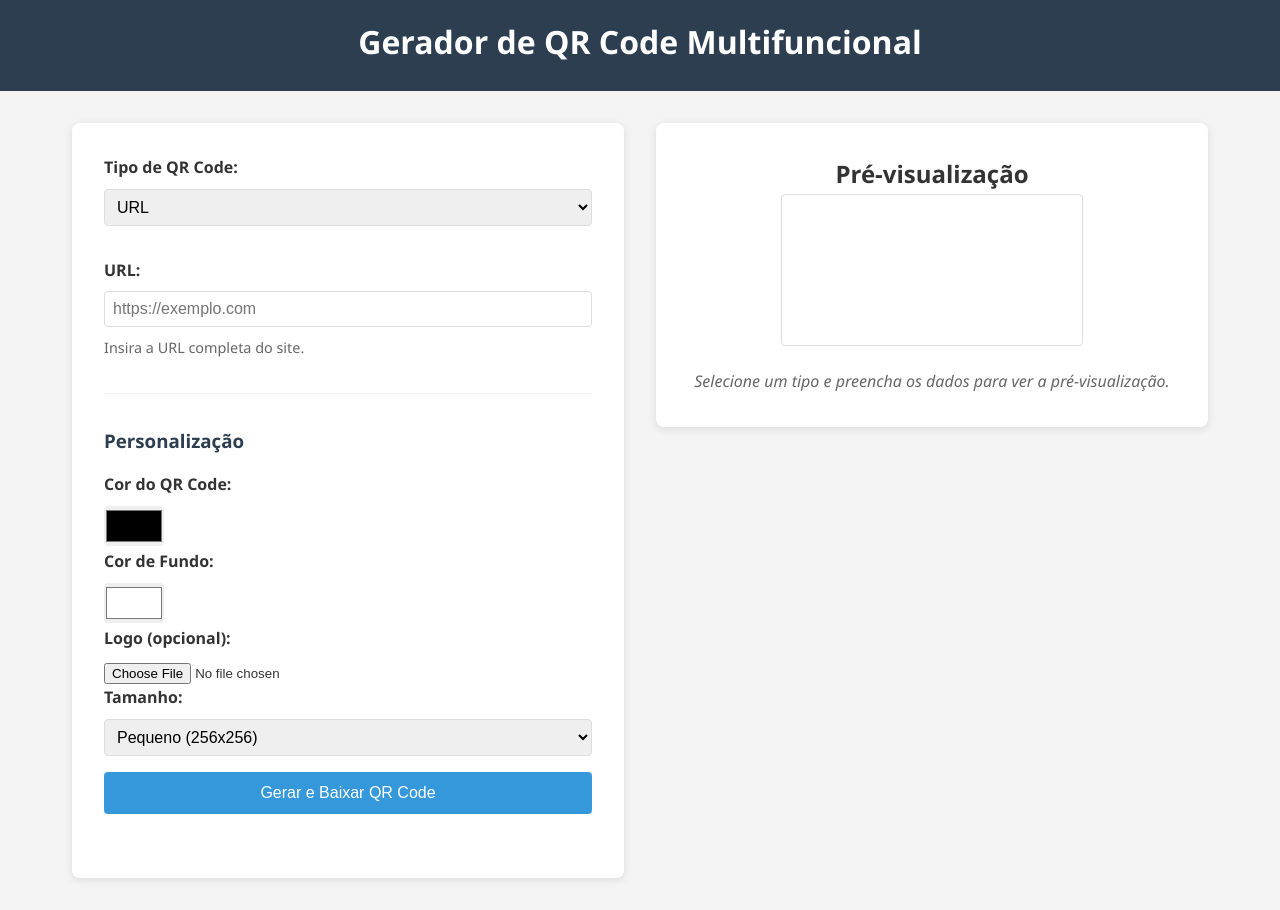
Repository: davyjales/qr-generator-site
Page: public/index.html
The author's editor kept a copy of each file at every save. The page is drawn from the files as they stood at one save, then again after the next save.
The browser window is 1280 px wide. The pictures show the whole page.

Above is the page before, as saved 2025-10-22 21:12:43.

After the next save:
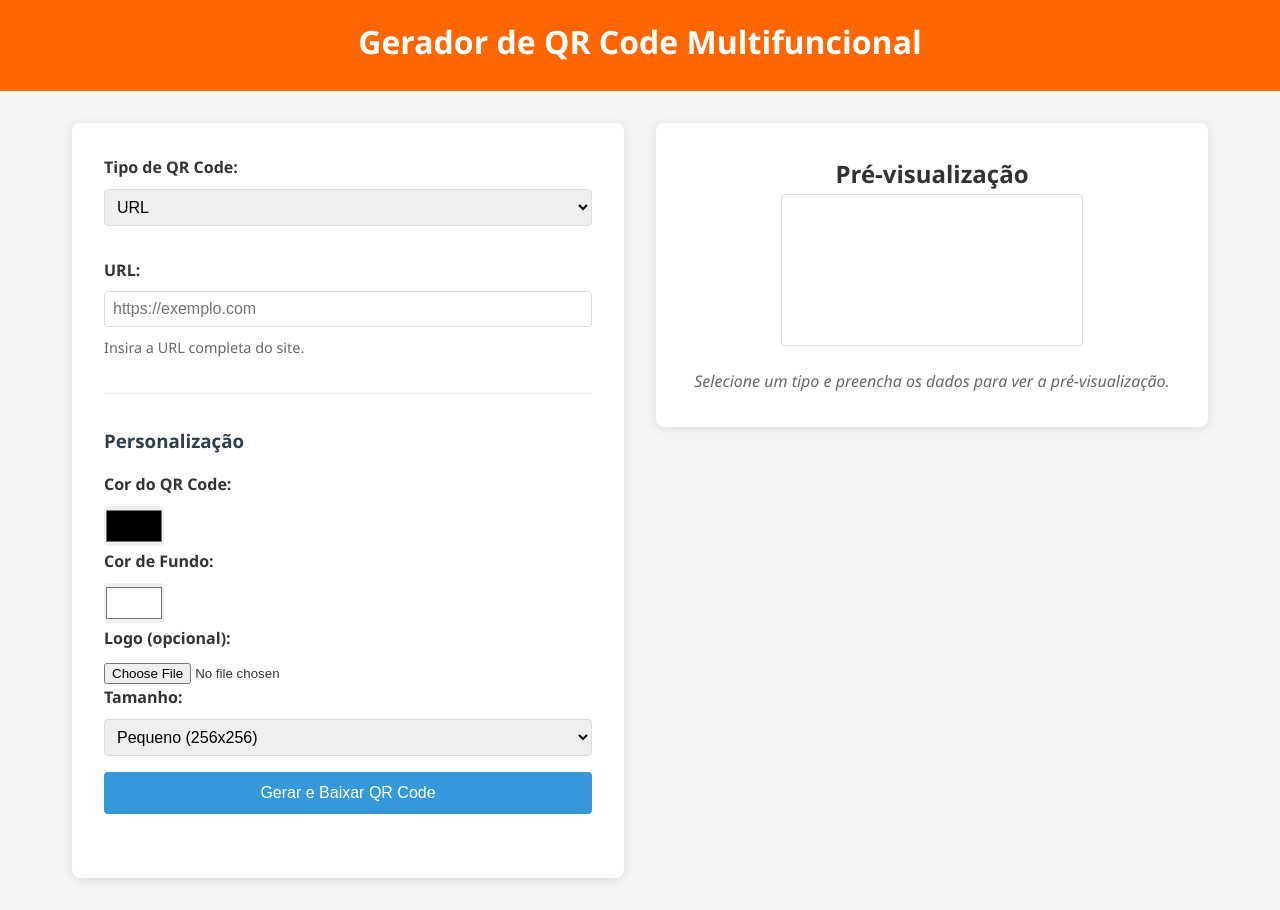
Saved 6 s later.
--- a/public/style.css
+++ b/public/style.css
@@ -13,7 +13,7 @@ body {
 }
 
 header {
-  background-color: #2c3e50;
+  background-color: #ff6600;
   color: white;
   padding: 1rem 0;
   text-align: center;
